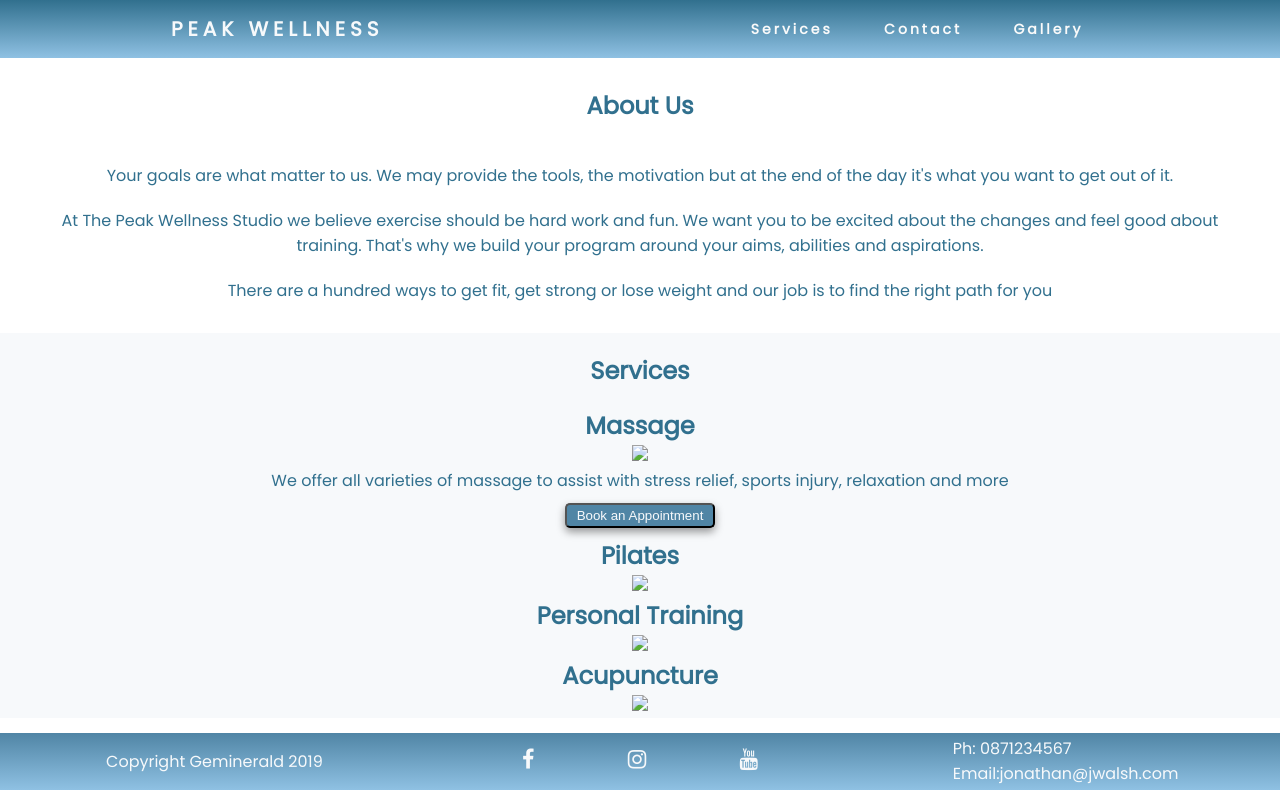
Repository: geminerald/peakwellness
Page: services.html
The author's editor kept a record of every edit. The page is drawn from the files as they stood at one moment, then again after the next edit.
The browser window is 1280 px wide. The pictures show the whole page.

Above is the page before.

After the next edit:
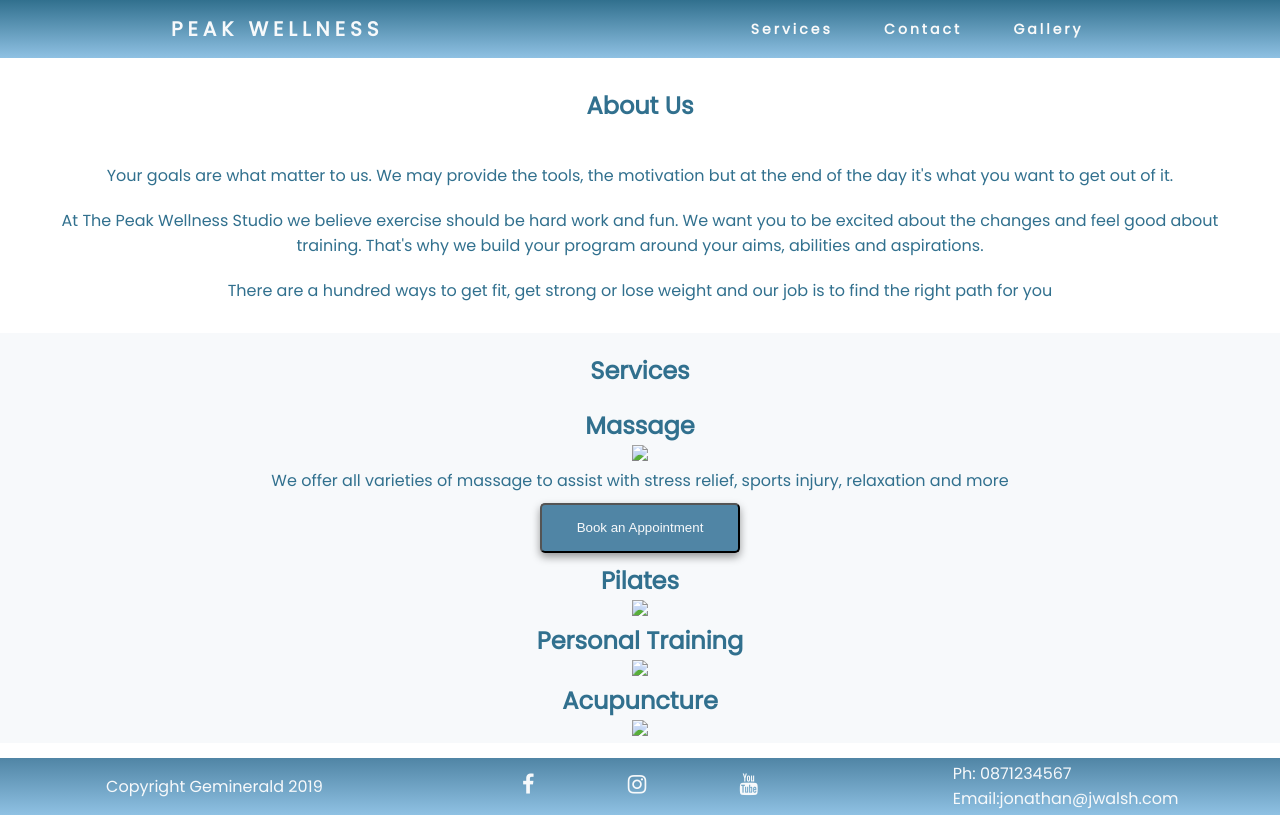
The edit:
--- a/assets/style.css
+++ b/assets/style.css
@@ -247,8 +247,8 @@
     color:#f7f9fb;
     background-color:#5085a5;
     margin:10px 0px 10px 0px;
-    min-height:25px;
-    min-width:150px;
+    min-height:50px;
+    min-width:200px;
     border-radius:5px;
     box-shadow: 0 4px 8px 0 rgba(0, 0, 0, 0.4);
     transition: 0.3s ease-in;
